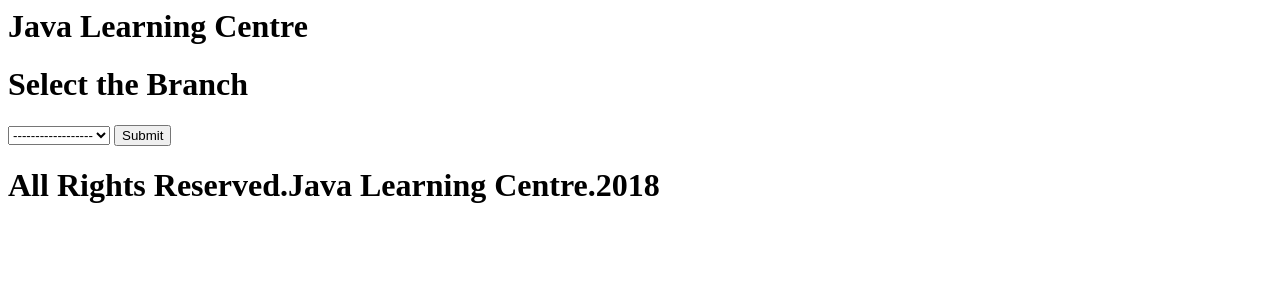
Repository: argho1990/Coursecube-B19
Page: http://localhost/Lab10/mth.jsp
These files come from the project's save history. The page is drawn as it stood at one moment and after the next save; the edit follows.
The browser window is 1280 px wide. The pictures show the whole page.
The page is served by Tomcat 9.

Above is the page before, as saved 2018-11-23 21:08:50.

After the next save:
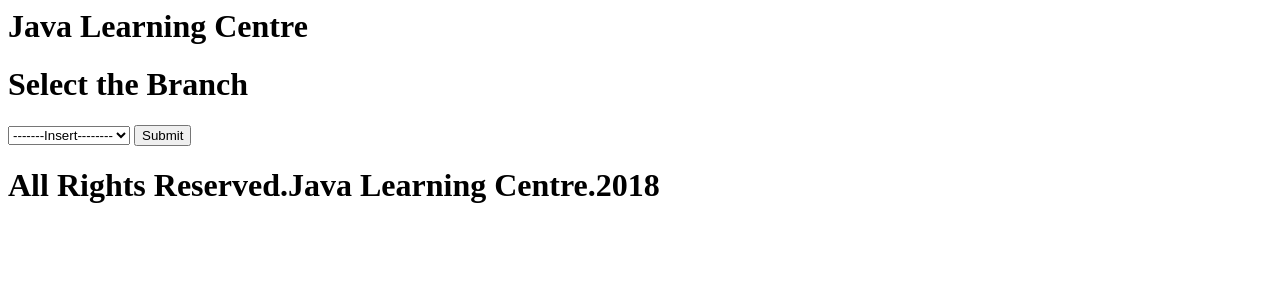
Saved 16 s later.
--- a/JSP/Lab10/WebContent/mth.jsp
+++ b/JSP/Lab10/WebContent/mth.jsp
@@ -7,7 +7,7 @@
 <form action=""test.jsp">
 <h1>Select the Branch</h1>
 <select name="branch">
-<option value="None">------------------</option>
+<option value="None">-------Insert--------</option>
 <option value="MTH">Marathalli</option>
 <option value="KLN">Kalyanagar</option>
 <option value="BTM">BTM Layout</option>
